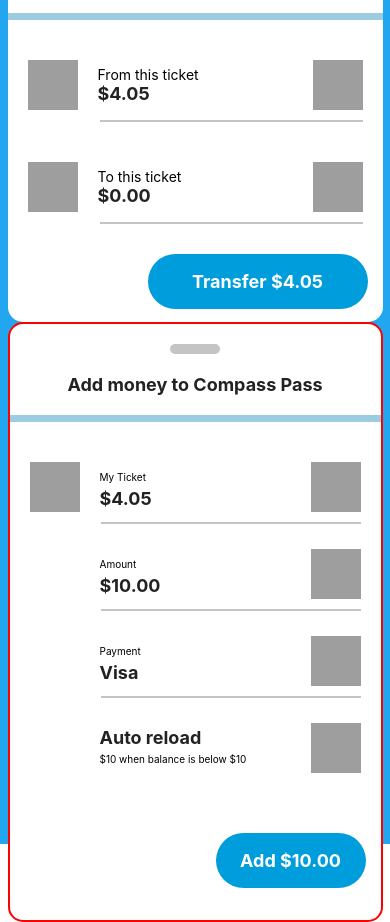
Repository: wilyyy/CompassPlus
Page: /
The author's editor kept a copy of each file at every save. The page is drawn from the files as they stood at one save, then again after the next save.
The browser window is 390 px wide. The pictures show the whole page.
Pictures or frames that could not be fetched are drawn as grey boxes. The app was drawn by React Native's web renderer in a window 390 px wide. The project was rebuilt for these pictures with package versions that can differ from the ones it lists, and the page was loaded fresh each time. Also part of the build but not shown: constants/styles.js, comps/CompassCardParent/cardManager.js, comps/LinkCompassCard/index.js, comps/RideCardCont/index.js, storybook/stories/CenterView/style.js, comps/SignUpTransitCard/index.js.

Above is the page before, as saved 2021-10-30 19:59:15.

After the next save:
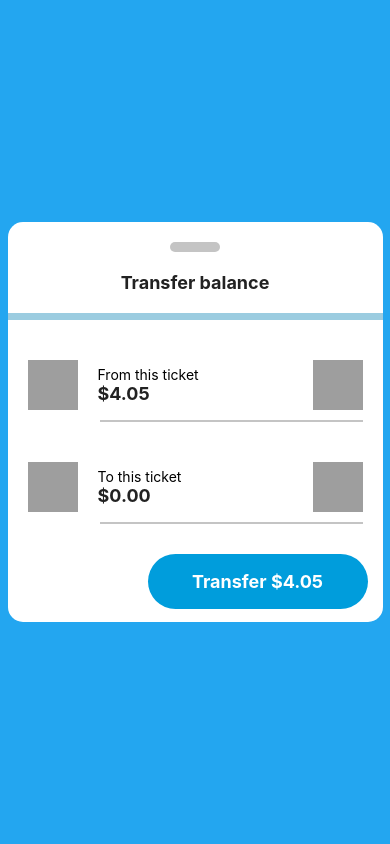
Saved 4 s later.
--- a/App.js
+++ b/App.js
@@ -24,7 +24,7 @@
 
       {/* <MobileCard /> */}
       <TransferBalanceTab />
-      <AddFundsTab />
+      {/* <AddFundsTab /> */}
       <StatusBar style="auto" />
     </View>
   );
